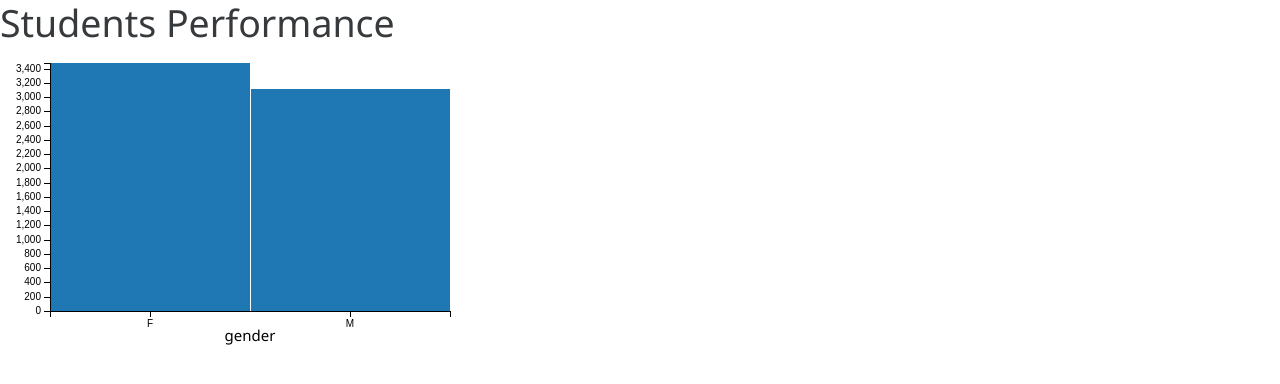
Repository: Baal89/second-milestone-project
Page: index.html
The author's editor kept a record of every edit. The page is drawn from the files as they stood at one moment, then again after the next edit.
The browser window is 1280 px wide. The pictures show the whole page.

Above is the page before.

After the next edit:
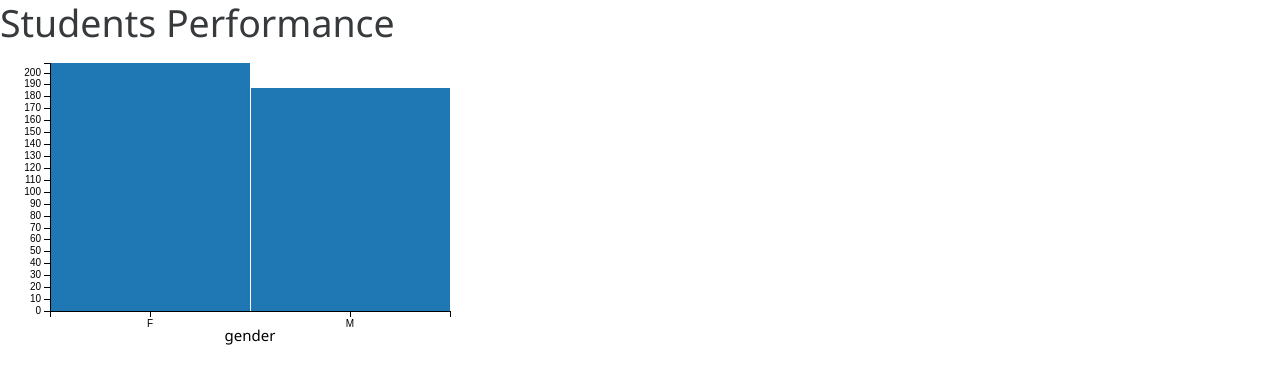
The edit:
--- a/static/js/graph.js
+++ b/static/js/graph.js
@@ -12,7 +12,7 @@
 
 function show_gender_balance(ndx) {
     var dim = ndx.dimension(dc.pluck("sex"));
-    var group = dim.group().reduceSum(dc.pluck("age"));
+    var group = dim.group();
 
     dc.barChart("#gender-balance")
         .width(500)
